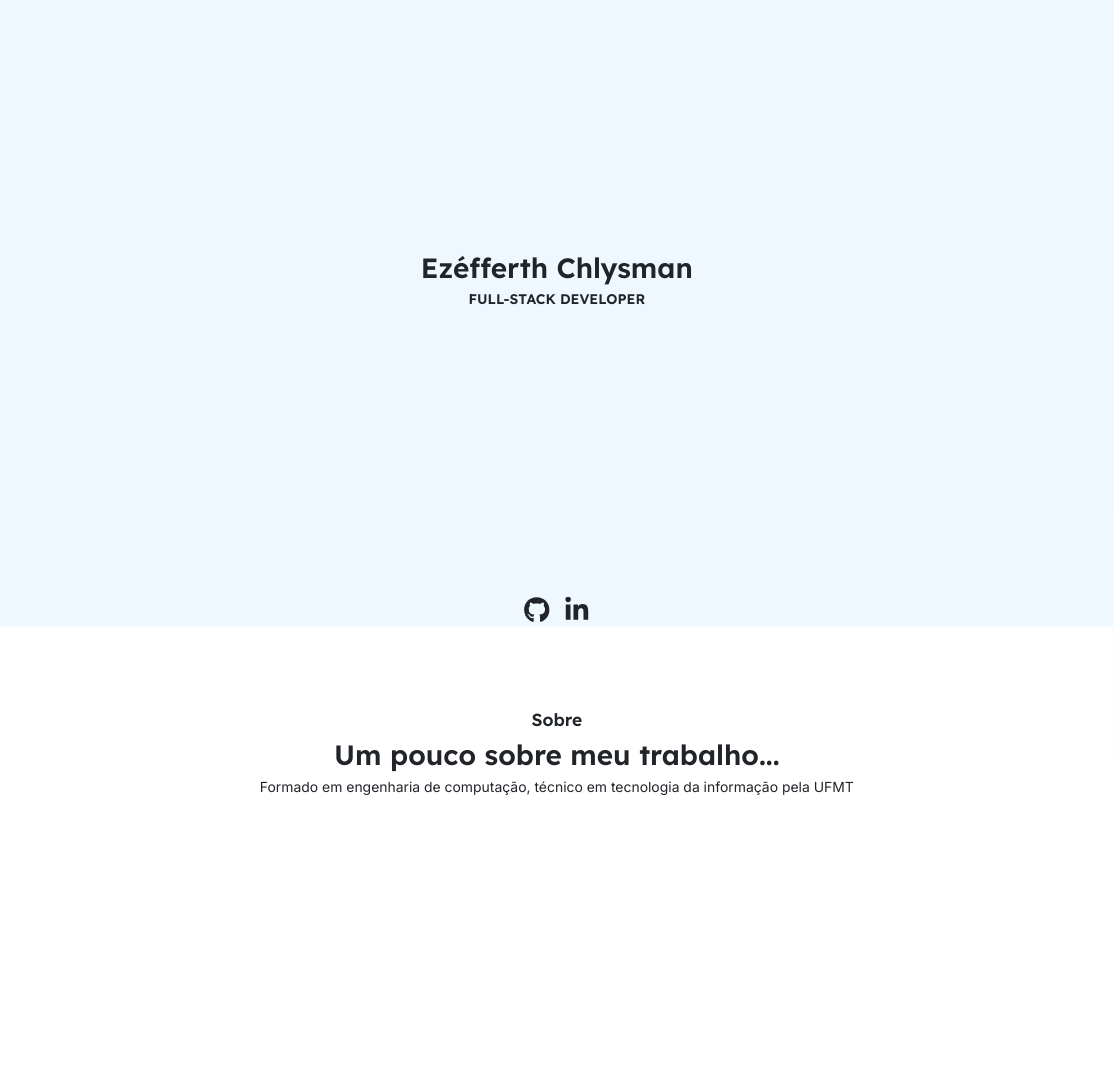
Repository: ezefferth/my-portfolio
Page: /
The author's editor kept a copy of each file at every save. The page is drawn from the files as they stood at one save, then again after the next save.
The browser window is 1280 px wide. The pictures show the whole page, at 87% of full size.
The project was rebuilt for these pictures with package versions that can differ from the ones it lists, and the page was loaded fresh each time. The framework's server and built-in components were replaced by stand-ins that run in the browser. Also part of the build but not shown: next.config.js.

Above is the page before, as saved 2022-04-12 21:02:49.

### src/pages/_document.tsx
import Document, { Html, Head, Main, NextScript } from 'next/document';


export default class MyDocument extends Document {
	render() {
		return (
			<Html>
				<Head>
					<link rel="preconnect" href="https://fonts.googleapis.com" />
					<link rel="preconnect" href="https://fonts.gstatic.com" />
					<link href="https://fonts.googleapis.com/css2?family=Inter&family=Lexend:wght@500;600&display=swap" rel="stylesheet" />
					<link href="https://cdn.jsdelivr.net/npm/bootstrap@5.1.3/dist/css/bootstrap.min.css" rel="stylesheet" integrity="sha384-1BmE4kWBq78iYhFldvKuhfTAU6auU8tT94WrHftjDbrCEXSU1oBoqyl2QvZ6jIW3" crossOrigin="anonymous" />

				</Head>
				<body>
					<script src="https://cdn.jsdelivr.net/npm/bootstrap@5.1.3/dist/js/bootstrap.bundle.min.js" integrity="sha384-ka7Sk0Gln4gmtz2MlQnikT1wXgYsOg+OMhuP+IlRH9sENBO0LRn5q+8nbTov4+1p" crossOrigin="anonymous"></script>
					<Main />
					<NextScript />
				</body>
			</Html>
		);
	}
}

### src/pages/index.tsx
import type { NextPage } from 'next'
import Head from 'next/head'

import styles from '../styles/Home.module.scss'

import { FaGithub, FaLinkedinIn } from 'react-icons/fa';

import Resumo from './texts/resumo';

const Home: NextPage = () => {
  return (
    <div className={styles.container}>
      <Head>
        <title>My Portfolio</title>
      </Head>
      <div className={styles.presentation}>

        <h1>Ezéfferth Chlysman</h1>
        <h6>FULL-STACK DEVELOPER</h6>

        <div className={styles.iconsDiv}>
          <FaGithub
            size={30}
            className={styles.icon}
          />
          <FaLinkedinIn
            size={30}
            className={styles.icon}
          />
        </div>
      </div>
      <div className={styles.about}>


          <h5 className={styles.sobreH5}>Sobre</h5>

          <h1>Um pouco sobre meu trabalho...</h1>

          <div className={`row${styles.resumo}`}>
            <Resumo/>
          </div>
      </div>

    </div>
  )
}

export default Home

### src/styles/globals.scss
* {
  margin: 0;
  padding: 0;
  box-sizing: border-box;
}

@media (max-width: 1080px) {
  html {
    font-size: 93.75%;
  }
}

@media (max-width: 720px) {
  html {
    font-size: 87.5%;
  }
}

body,
input,
textarea,
button {
  font: 500 1rem Inter, sans-serif;
}

h1,
h2,
h3,
h4,
h5,
h6 {
  font-weight: 600;
  font-family: Lexend, sans-serif;
  color: var(--gray-800);
}

h1 {
  font-size: 2rem;
}
h2 {
  font-size: 1.5rem;
}
button {
  cursor: pointer;
}

### src/styles/Home.module.scss
.container {
  .presentation {
    padding-top: 40vh;
    text-align: center;

    background-color: aliceblue;
    width: 100vw;
    height: 100vh;

    .iconsDiv {
      padding-top: 45vh;

      .icon{
        margin-left: 0.5rem;
        margin-right: 0.5rem;
      }
    }
  }

  .about{

    text-align: center;
    height: 70vh;

    .sobreH5{
      padding-top: 6rem;
    }

    .resumo{

      padding-top: 2rem;
      width: 70vw;
      margin-left: 15vw;
      background-color: rgb(255, 240, 254);

      .resumoText{


      }
    }
  }
}

### src/pages/texts/resumo.tsx

import styles from '../../styles/Home.module.scss';

export default function Resumo() {

  return (

    <p className={styles.resumoText}>
      Formado em engenharia de computação, técnico em tecnologia da informação pela
      UFMT

    </p>
  )
}

Loaded but not shown: src/pages/_app.tsx (common file)

After the next save:
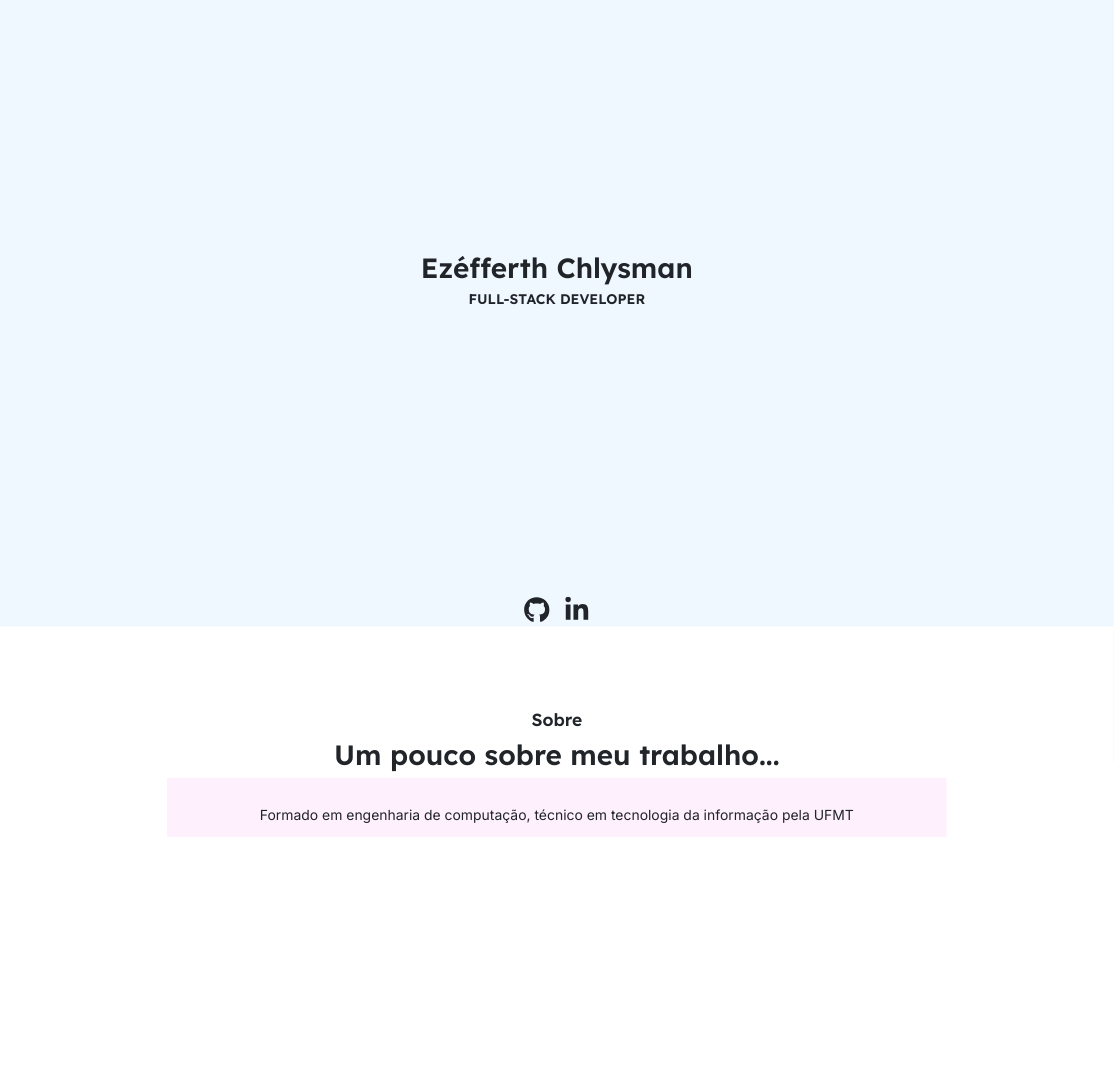
Saved 5 s later.
--- a/src/pages/index.tsx
+++ b/src/pages/index.tsx
@@ -36,7 +36,7 @@ const Home: NextPage = () => {
 
           <h1>Um pouco sobre meu trabalho...</h1>
 
-          <div className={`row${styles.resumo}`}>
+          <div className={`row ${styles.resumo}`}>
             <Resumo/>
           </div>
       </div>
